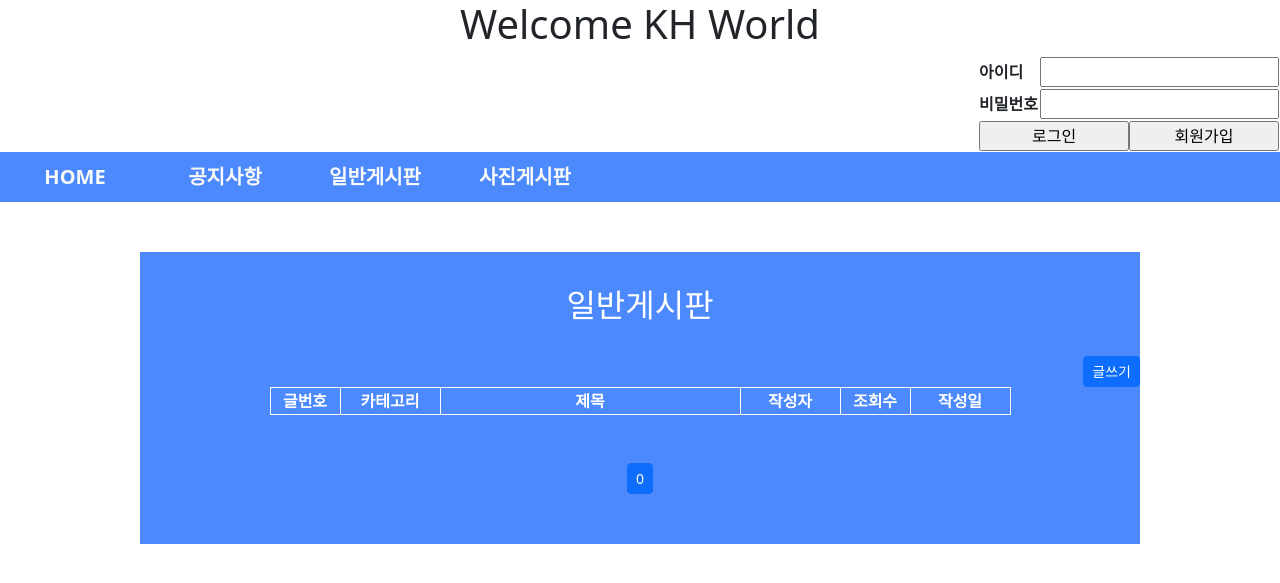
Repository: didwlwd/workspace
Page: http://localhost/jspProject/views/board/boardlistview.jsp
An editor plug-in stored every save of this project. The page is shown before and after the next save, followed by the edit.
The browser window is 1280 px wide. The pictures show the whole page.
The page is served by Tomcat 10. The template is opened directly, without the code that normally fills it, so the values that code supplies are empty.

Above is the page before, as saved 2025-02-28 00:15:03.

After the next save:
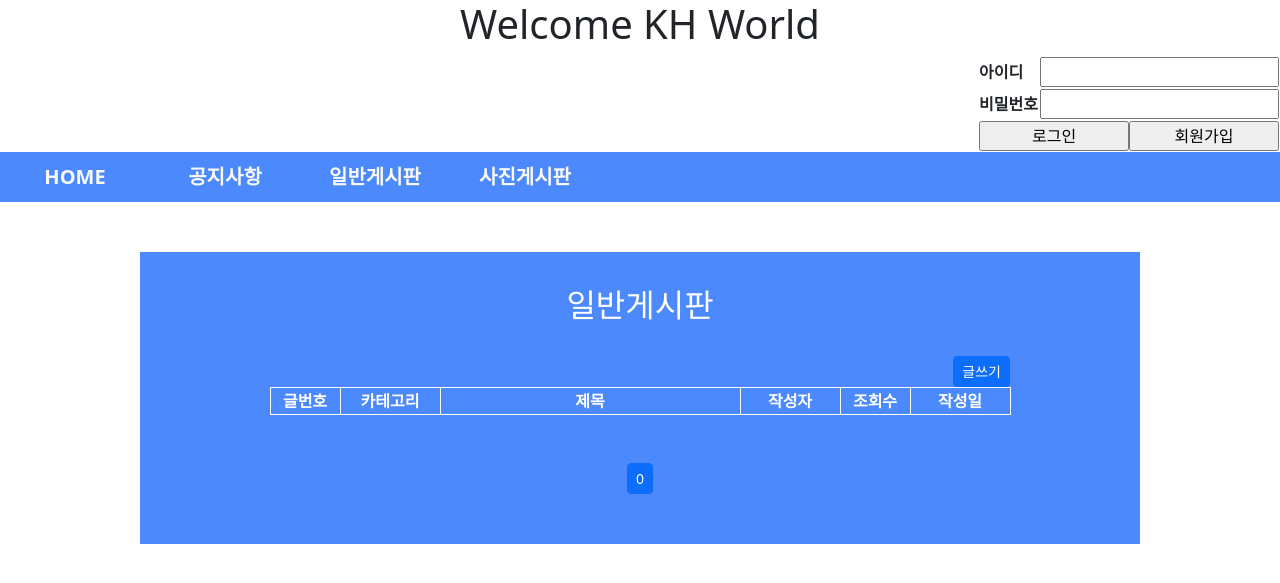
Saved 56 s later.
--- a/07_jsp/jspProject/src/main/webapp/views/board/boardlistview.jsp
+++ b/07_jsp/jspProject/src/main/webapp/views/board/boardlistview.jsp
@@ -44,7 +44,7 @@
         <h2 align="center">일반게시판</h2>
         <br>
 
-		<div align="right">
+		<div align="right" style="width:870px">
 			<a class="btn btn-sm btn-primary" href="">글쓰기</a>
 		</div>
         <table align="center" class="list-area">
